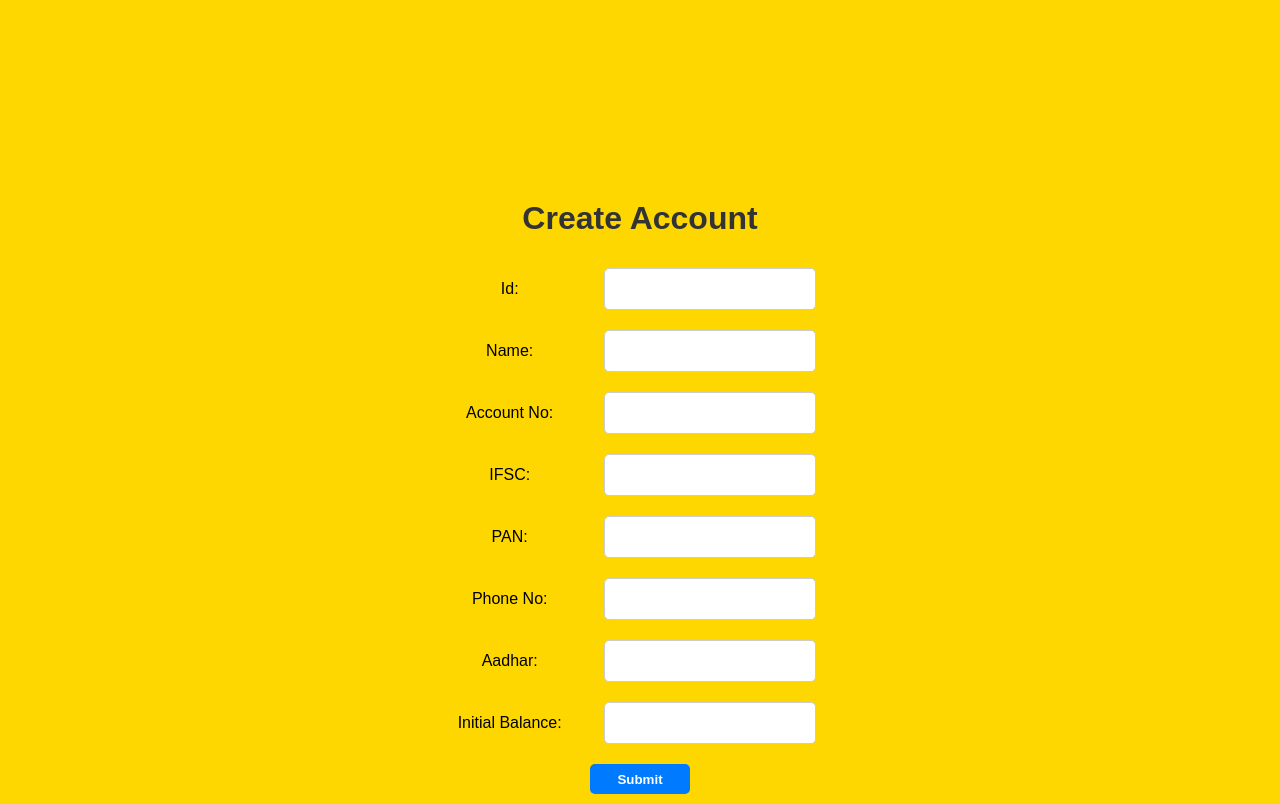
Repository: Surajkande2001/IGTSolution
Page: WebJSPProject1/src/main/webapp/Create.html
The author's editor kept a copy of each file at every save. The page is drawn from the files as they stood at one save, then again after the next save.
The browser window is 1280 px wide. The pictures show the whole page.

Above is the page before, as saved 2023-07-02 16:41:57.

After the next save:
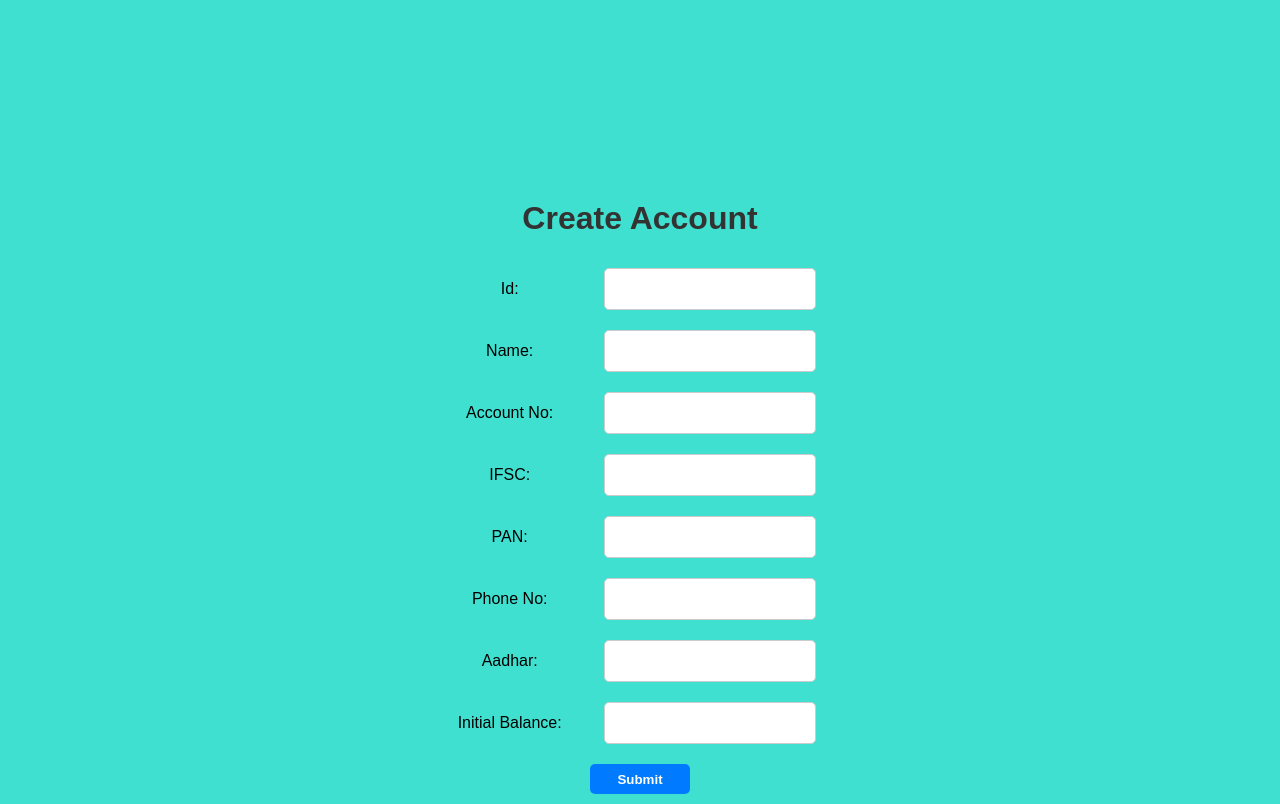
Saved 51 s later.
--- a/WebJSPProject1/src/main/webapp/Create.html
+++ b/WebJSPProject1/src/main/webapp/Create.html
@@ -6,7 +6,7 @@
 	<title>Create Account</title>
 	<style>
 		body {
-			background-color: #FFD700;
+			background-color: #40E0D0;
 
 
 			font-family: Arial, sans-serif;
